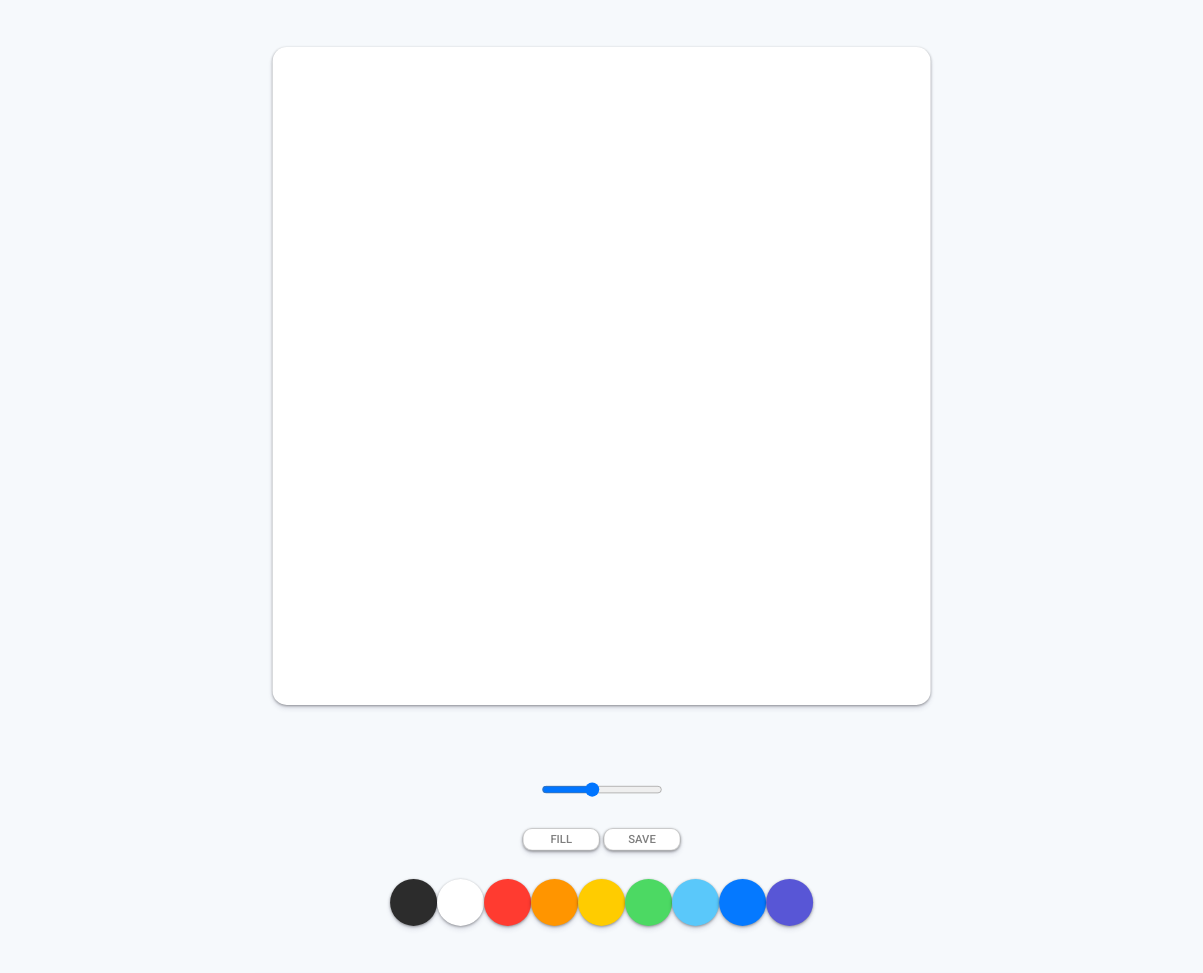
Repository: haleyjung/paintjs
Page: index.html
The author's editor kept a copy of each file at every save. The page is drawn from the files as they stood at one save, then again after the next save.
The browser window is 1280 px wide. The pictures show the whole page, at 94% of full size.

Above is the page before, as saved 2020-11-25 22:57:03.

After the next save:
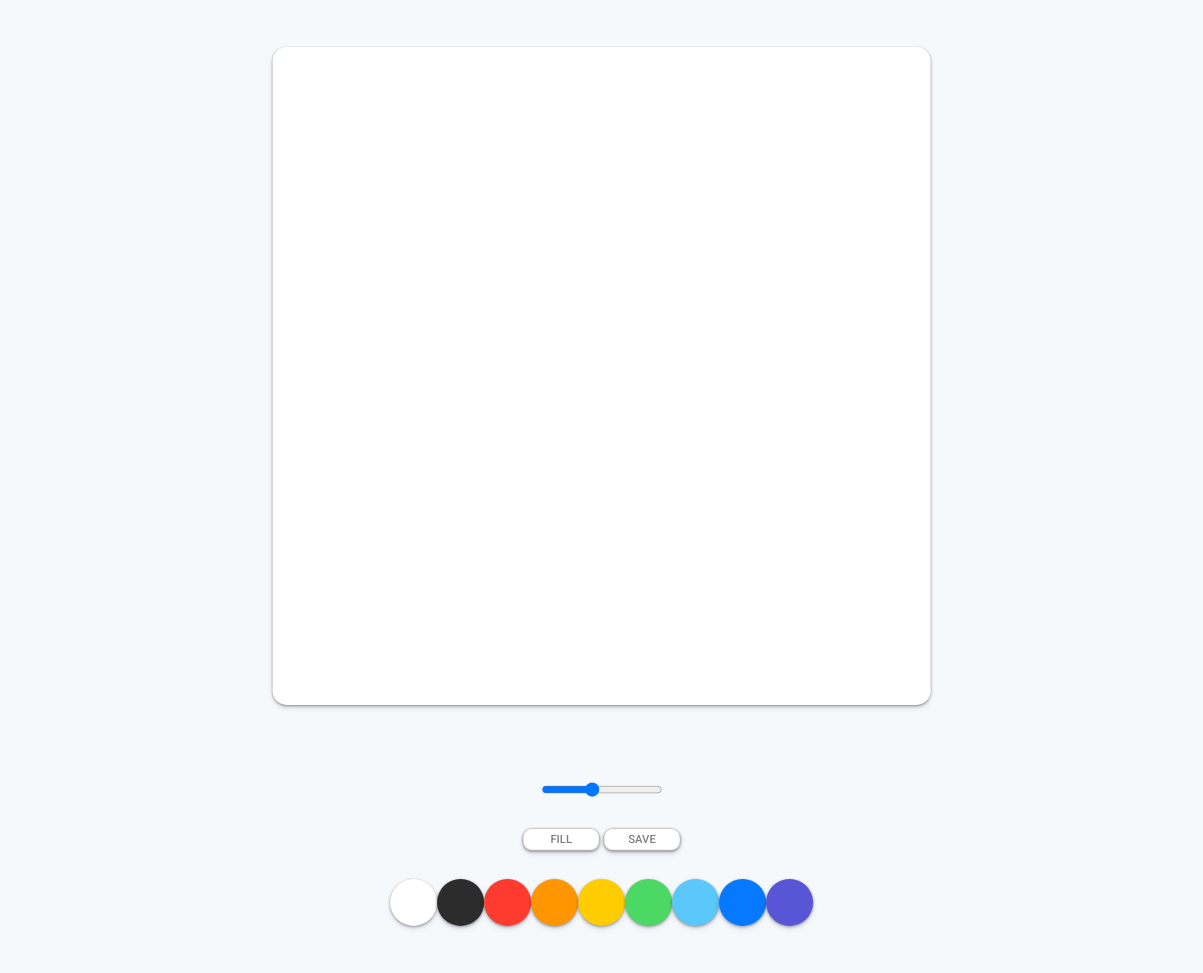
Saved 58 s later.
--- a/index.html
+++ b/index.html
@@ -31,15 +31,42 @@
 
         <!-- Paint -->
         <div class="controls__colors" id="jsColors">
-            <div class="controls__color jsColor" style="background-color:#2c2c2c"></div>
-            <div class="controls__color jsColor" style="background-color:white"></div>
-            <div class="controls__color jsColor" style="background-color:#ff3b30"></div>
-            <div class="controls__color jsColor" style="background-color:#ff9500"></div>
-            <div class="controls__color jsColor" style="background-color:#ffcc00"></div>
-            <div class="controls__color jsColor" style="background-color:#4cd963"></div>
-            <div class="controls__color jsColor" style="background-color:#5ac8fa"></div>
-            <div class="controls__color jsColor" style="background-color:#0579ff"></div>
-            <div class="controls__color jsColor" style="background-color:#5856d6"></div>
+            <div
+                class="controls__color jsColor"
+                style="background-color:white"
+                ></div>
+            <div
+                class="controls__color jsColor"
+                style="background-color:#2c2c2c"
+                ></div>
+            <div
+                class="controls__color jsColor"
+                style="background-color:#ff3b30"
+                ></div>
+            <div
+                class="controls__color jsColor"
+                style="background-color:#ff9500"
+                ></div>
+            <div
+                class="controls__color jsColor"
+                style="background-color:#ffcc00"
+                ></div>
+            <div
+                class="controls__color jsColor"
+                style="background-color:#4cd963"
+                ></div>
+            <div
+                class="controls__color jsColor"
+                style="background-color:#5ac8fa"
+                ></div>
+            <div
+                class="controls__color jsColor"
+                style="background-color:#0579ff"
+                ></div>
+            <div
+                class="controls__color jsColor"
+                style="background-color:#5856d6"
+                ></div>
         </div>
 
     </div>
